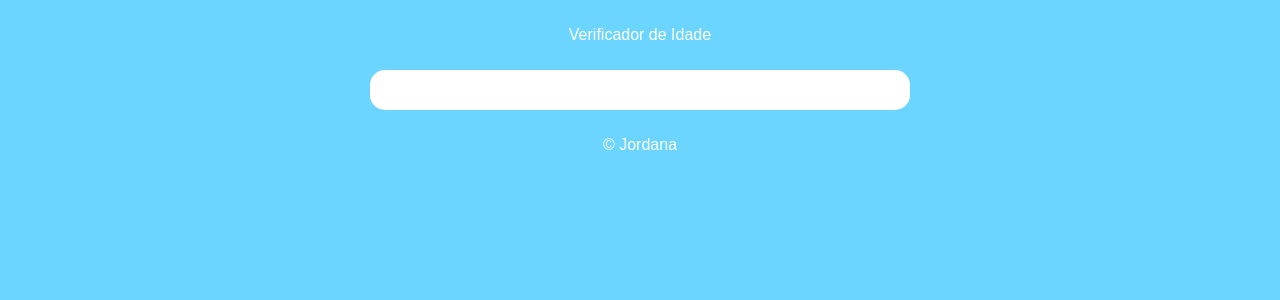
Repository: Iamjordana/Curso-JavaScript
Page: desafio/d02/inde.html
The author's editor kept a copy of each file at every save. The page is drawn from the files as they stood at one save, then again after the next save.
The browser window is 1280 px wide. The pictures show the whole page.

Above is the page before, as saved 2025-02-20 12:04:56.

After the next save:
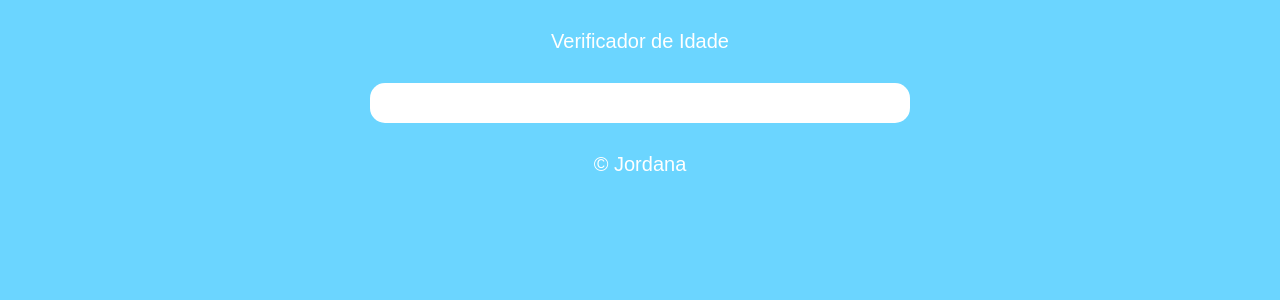
Saved 10 s later.
--- a/desafio/d02/style.css
+++ b/desafio/d02/style.css
@@ -1,7 +1,7 @@
 @charset "UTF-8";
 
 body {
-  font: normal 100% Arial, sans-serif;
+  font: normal 15pt Arial, sans-serif;
   background-color: #6bd5ff;
   margin: 0;
   padding: 0;
